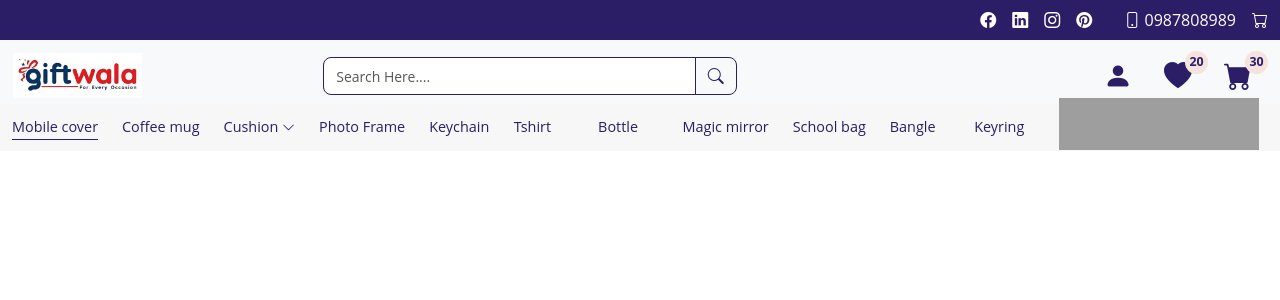
Repository: mangalravi/GiftWala
Page: index.html
The author's editor kept a copy of each file at every save. The page is drawn from the files as they stood at one save, then again after the next save.
The browser window is 1280 px wide. The pictures show the whole page.
Pictures or frames that could not be fetched are drawn as grey boxes. The style sheet was rebuilt from its Sass, Less or Tailwind sources for each picture, by a compiler version that may differ from the author's.

Above is the page before, as saved 2024-07-08 11:07:48.

After the next save:
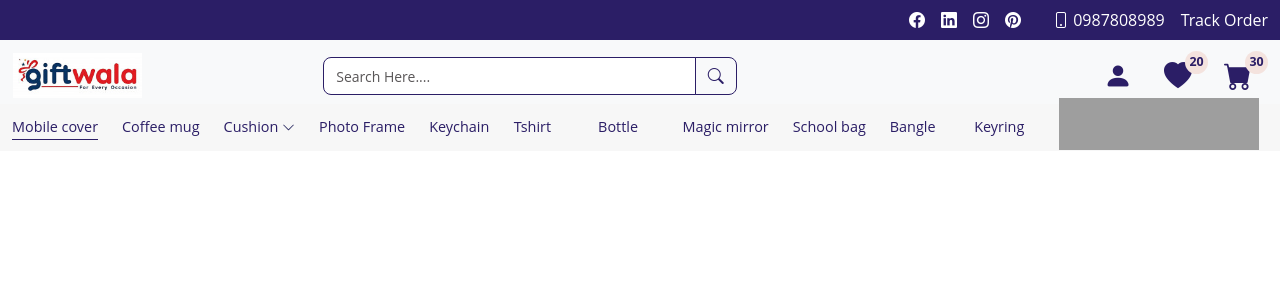
Saved 3 min 0 s later.
--- a/index.html
+++ b/index.html
@@ -107,9 +107,7 @@
               </a>
             </li>
             <li>
-              <a href="#">
-                <i class="bi bi-cart"></i>
-              </a>
+              <a href="#"> Track Order </a>
             </li>
           </ul>
         </div>
